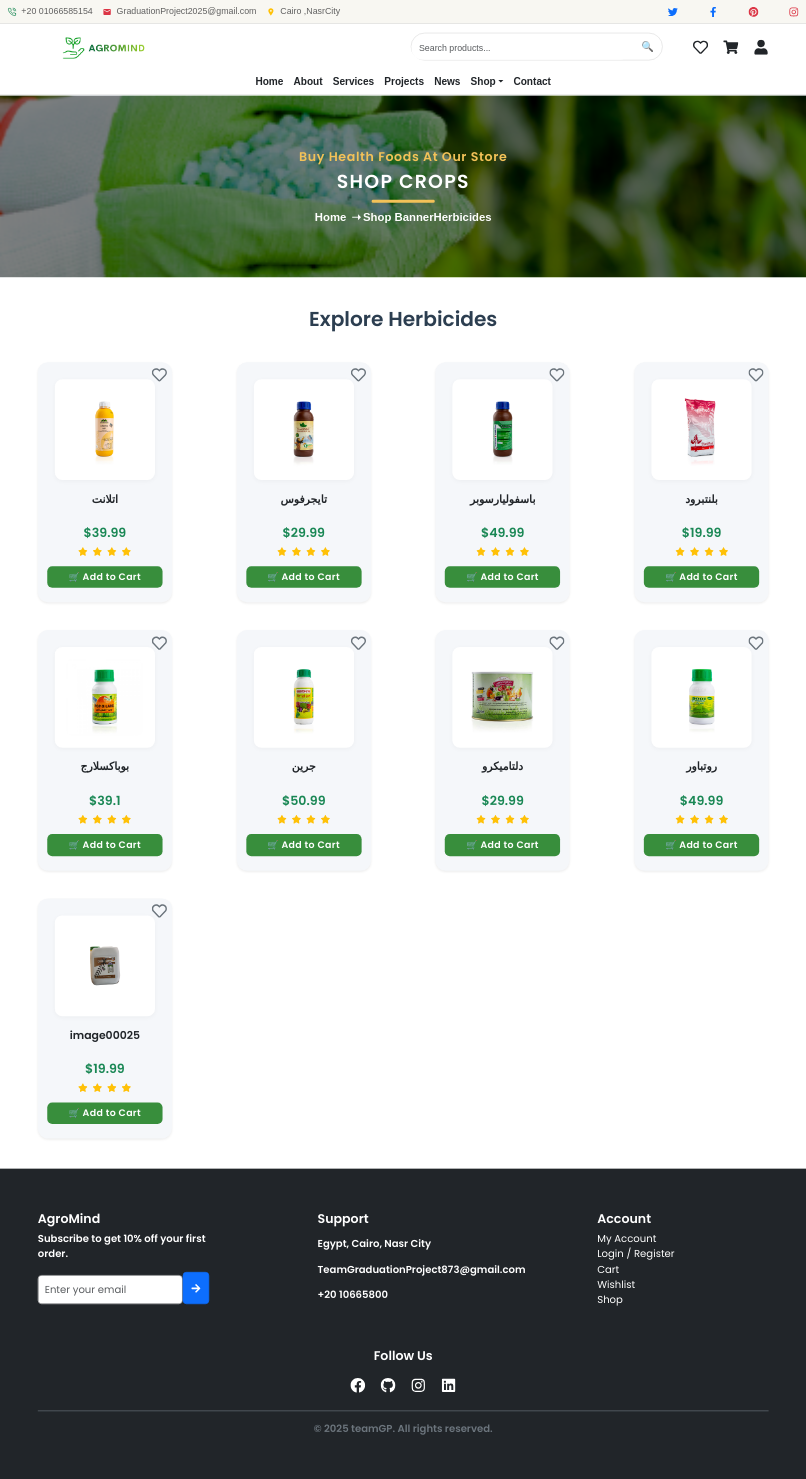
Repository: ShimaaMohamedRoshdi/WorkSpace-agromind
Page: /category/herbicides (app in agricultural-management-system-vs/agricultural-management-system-main/)
These files come from the project's save history. The page is drawn as it stood at one moment and after a run of saves; the edit follows.
The browser window is 1280 px wide. The pictures show the whole page, at 63% of full size.
Backgrounds fixed to the window are drawn as part of the page. The project was rebuilt for these pictures with package versions that can differ from the ones it lists, and the page was loaded fresh each time. Also part of the build but not shown: agricultural-management-system-vs/agricultural-management-system-main/vite.config.js, agricultural-management-system-vs/agricultural-management-system-main/services/api.jsx, agricultural-management-system-vs/agricultural-management-system-main/src/pages/SignUp.jsx, agricultural-management-system-vs/agricultural-management-system-main/src/pages/SignIn.jsx, agricultural-management-system-vs/agricultural-management-system-main/src/components/HealthyFoods.css, agricultural-management-system-vs/agricultural-management-system-main/src/components/HealthyFoods.jsx, agricultural-management-system-vs/agricultural-management-system-main/src/components/Products.jsx, agricultural-management-system-vs/agricultural-management-system-main/src/components/AgricultureSkill.jsx and 37 more.

Above is the page before, as saved 2025-05-01 04:52:01.

### agricultural-management-system-vs/agricultural-management-system-main/index.html
<!doctype html>
<html lang="en">
  <head>
    <meta charset="UTF-8" />
    <link rel="icon" type="image/svg+xml" href="/src/assets/images/logo-icon.png" />
        <!-- Google Font for Handwritten Style -->
        <link href="https://fonts.googleapis.com/css2?family=Poppins:wght@300;400;600&display=swap" rel="stylesheet">



    <meta name="viewport" content="width=device-width, initial-scale=1.0" />
    <title>Agromind</title>
  </head>
  <body>
    <div id="root"></div>
    <script type="module" src="/src/main.jsx"></script>
  </body>
</html>

### agricultural-management-system-vs/agricultural-management-system-main/src/main.jsx
import { StrictMode } from 'react';
import { createRoot } from 'react-dom/client';
import { Provider } from 'react-redux';  // Import Provider
import store from './redux/store';  // Import your Redux store
import '../node_modules/bootstrap/dist/css/bootstrap.min.css';
import '../node_modules/bootstrap/dist/js/bootstrap.bundle';
import './index.css';
import App from './App.jsx';

createRoot(document.getElementById('root')).render(
  <StrictMode>
    <Provider store={store}>  {/* Wrap App with Provider */}
      <App />
    </Provider>
  </StrictMode>
);

### agricultural-management-system-vs/agricultural-management-system-main/src/redux/store.jsx
import { configureStore } from '@reduxjs/toolkit';
//configureStore is a function from Redux Toolkit that:
//Creates the Redux store.
//Automatically sets up middleware (like Redux DevTools & thunk for async operations).
//Combines multiple reducers into one.

import cartReducer from './cartSlice';
import wishlistReducer from './WishlistSlice'; // Example
import productReducer from './productSlice';
const store = configureStore({
  reducer: {
    cart: cartReducer,
    product: productReducer,
    wishlist: wishlistReducer,
  },
});

export default store;


// (configue store) A utility provided by Redux Toolkit that simplifies the creation of a Redux store.
// It automatically combines reducers, adds middleware, and sets up development tools like the Redux DevTools.




//cartSlice: Manages the state related to the shopping cart.
//productSlice: Handles the product data and search functionality.
//wishlistReducer: Manages the state for the wishlist feature.

### agricultural-management-system-vs/agricultural-management-system-main/src/index.css
@import url('https://fonts.googleapis.com/css2?family=Caveat:wght@700&display=swap');

.hero-title {
    font-family: 'Caveat', cursive;
}

### agricultural-management-system-vs/agricultural-management-system-main/src/redux/WishlistSlice.jsx

import { createSlice } from '@reduxjs/toolkit';

const initialState = {
  wishlist: [],
  totalItems: 0, // ✅ Added this to track wishlist count
};

const wishlistSlice = createSlice({
  name: 'wishlist',
  initialState,
  reducers: {
  //Purpose: Adds a product to the wishlist if it's not already there.
//Check if the product already exists in the wishlist using find.
//If the product doesn't exist, it is added to the wishlist array using push.
//If it already exists, no action is taken (avoiding duplicates).

    addToWishlist: (state, action) => {
      const itemExists = state.wishlist.find(item => item.id === action.payload.id);
      if (!itemExists) {
        state.wishlist.push(action.payload);
        state.totalItems = state.wishlist.length; // ✅ Update count
      }
    },


     //Purpose: Removes a product from the wishlist.
//Filter out the product with the matching id (provided in the action.payload).
    removeFromWishlist: (state, action) => {
      state.wishlist = state.wishlist.filter(item => item.id !== action.payload.id);
      state.totalItems = state.wishlist.length; // ✅ Update count
    },

    // Clears the wishlist
    clearWishlist: (state) => {
      state.wishlist = [];
      state.totalItems = 0; // ✅ Reset count
    },
  },
});

export const { addToWishlist, removeFromWishlist, clearWishlist } = wishlistSlice.actions;
export default wishlistSlice.reducer;

///for me (From any component, use useDispatch to call these actions:)
// import { useDispatch } from 'react-redux';
// import { addToWishlist, removeFromWishlist, clearWishlist } from './wishlistSlice';

// const dispatch = useDispatch();

 // Add an item to the wishlist
// dispatch(addToWishlist({ id: 1, name: 'Product Name', price: 100 }));

 // Remove an item from the wishlist
// dispatch(removeFromWishlist({ id: 1 }));
// Clear the wishlist

### agricultural-management-system-vs/agricultural-management-system-main/src/redux/productSlice.jsx

import { createSlice } from '@reduxjs/toolkit';
import { mockData, mockData2,mockData3, mockData4 , mockData5} from '../assets/images/mockData';

const initialState = {
  products: mockData,   // from mockData
  products2: mockData2, // from mockData2
  products3: mockData3, // from mockData3
  products4: mockData4, // from mockData4
  products5: mockData5, // from mockData5
};

const productSlice = createSlice({
  name: 'product',
  initialState,
  reducers: {},
});

export default productSlice.reducer;

### agricultural-management-system-vs/agricultural-management-system-main/src/pages/FarmEquipment.jsx
import React from "react";
import "./FarmEquipment.css";
import { MdAgriculture } from "react-icons/md";
import { GiGrain, GiFruitTree, GiFertilizerBag } from "react-icons/gi";
import { FaSeedling, FaTruck, FaTools, FaWarehouse, FaTree, FaTractor } from "react-icons/fa";

const equipmentList = [
  { name: "Tractors", count: 15094, icon: <FaTractor /> },
   { name: "Planting equipment", count: 3209, icon: <FaSeedling /> },
  { name: "Transportation machinery", count: 820, icon: <FaTruck /> },
  { name: "Potato equipment", count: 813, icon: <FaSeedling /> },
    { name: "Equipment", count: 2519, icon: <FaWarehouse /> },
  { name: "Tires and wheels", count: 3387, icon: <FaTruck /> },
];

const FarmEquipment = () => {
  return (
    <div className="farm-container">
      <h5 className="farm-equipment-title">Farm Equipment</h5>

      {/* Equipment Grid */}
      <div className="equipment-grid">
        {equipmentList.map((item, index) => (
          <div key={index} className="equipment-card">
            <div className="equipment-icon">{item.icon}</div>
            <p className="equipment-name">{item.name}</p>
            <p className="equipment-count">{item.count.toLocaleString()}</p>
          </div>
        ))}
      </div>
    </div>
  );
};

export default FarmEquipment;

### agricultural-management-system-vs/agricultural-management-system-main/src/pages/CropGrowing.jsx
import React from "react";
import { GiPlantRoots, GiMushroom } from "react-icons/gi";
import { GiChemicalTank } from "react-icons/gi"; // Import new icon
import "./CropGrowing.css";

const cropGrowingList = [
  { name: "Seeds", count: 905, icon: <GiPlantRoots /> },
  { name: "Mycelium", count: 16, icon: <GiMushroom /> },
  { name: "Agrochemistry", count: 50, icon: <GiChemicalTank /> }, // Added new item
];

const CropGrowing = () => {
  return (
    <div className="container">
      <h2>Crop Growing</h2>
      <div className="grid">
        {cropGrowingList.map((item, index) => (
          <div key={index} className="card">
            <div className="icon">{item.icon}</div>
            <p>{item.name}</p>
            <span>{item.count}</span>
          </div>
        ))}
      </div>
    </div>
  );
};

export default CropGrowing;

### agricultural-management-system-vs/agricultural-management-system-main/src/pages/AnimalHusbandry.jsx
import React from "react";
import { GiShoppingBag } from "react-icons/gi";
import { GiCow, GiMedicalPack, GiCheeseWedge } from "react-icons/gi";
import "./AnimalHusbandry.css";

const animalCategories = [
  { name: "Animals", count: 426, icon: <GiCow /> },
  { name: "Animal Feeds", count: 54, icon: <GiShoppingBag /> },
  { name: "Veterinary & Pet Supplies", count: 38, icon: <GiMedicalPack /> },
  { name: "Animal Products", count: 6, icon: <GiCheeseWedge /> },
];

const AnimalHusbandry = () => {
  return (
    <div className="animal-container">
      <h5 className="section-title">Animal Husbandry</h5>
      <div className="category-grid">
        {animalCategories.map((item, index) => (
          <div key={index} className="category-card">
            <div className="category-icon">{item.icon}</div>
            <p className="category-name">{item.name}</p>
            <p className="category-count">{item.count.toLocaleString()}</p>
          </div>
        ))}
      </div>
    </div>
  );
};

export default AnimalHusbandry;

### agricultural-management-system-vs/agricultural-management-system-main/src/pages/Herbicides.jsx
import React from "react";
import { useSelector } from "react-redux";
import ProductCard from "../components/ProductCard";
import BannerHerbicides from "../components/BannerHerbicides";

const Herbicides = () => {
  const products = useSelector((state) => state.product.products4);

  if (!products || products.length === 0) {
    return <p className="text-center">No products available.</p>;
  }
  return (
    <div>
      <BannerHerbicides />
      <div className="container py-5 ">
        <h2 className="text-center mb-5 fw-bold">Explore Herbicides</h2>
        <div className="row row-cols-1 row-cols-md-3 row-cols-lg-5 g-4">
          {products.map((product) => (
            <div key={product.id} className="col">
              <ProductCard product={product} />
            </div>
          ))}
        </div>
      </div>
    </div>
  );
};

export default Herbicides;

### agricultural-management-system-vs/agricultural-management-system-main/src/pages/CheckOut.css


  /* Card Styling */
  .cardd {
    background: #ffffff;
    border-radius: 8px;
    box-shadow: 0 4px 8px rgba(0, 0, 0, 0.1);
    padding: 20px;
    transition: all 0.3s ease-in-out;
  }

  .cardd:hover {
    box-shadow: 0 6px 12px rgba(0, 0, 0, 0.15);
  }

  .card-header {
    background: #f4f4f4;
    padding: 12px 16px;
    border-radius: 8px 8px 0 0;
    cursor: pointer;
    font-weight: bold;
  }

  .card-body {
    padding: 5px;
  }

  /* Form Styling */
  .form-label {
    font-weight: 500;
    color: #444;
  }

  .form-control {
    border: 1px solid #ccc;
    padding: 10px;
    border-radius: 6px;
    transition: all 0.3s;
  }

  .form-control:focus {
    border-color: #165b33;
    box-shadow: 0 0 6px rgba(22, 91, 51, 0.3);
  }

  /* Payment Option Styling */
  .form-check-input:checked {
    background-color: #165b33;
    border-color: #165b33;
  }

  /* Order Summary Styling */
  .list-group-item {
    border: none;
    padding: 12px;
    background: #fafafa;
  }

  .list-group-item h6 {
    margin-bottom: 2px;
    font-size: 16px;
    color: #333;
  }

  .list-group-item small {
    color: #777;
  }

  /* Button Styling */
  .btn-success {
    background-color: #165b33;
    border: none;
    padding: 12px;
    font-size: 16px;
    font-weight: bold;
    border-radius: 6px;
    transition: 0.3s;
  }

  .btn-success:hover {
    background-color: #0e3e22;
    transform: scale(1.02);
  }

### agricultural-management-system-vs/agricultural-management-system-main/src/pages/CropGrowing.css
.container {
    padding: 20px;
  }

  h2 {
    color: #2c3e50;
    margin-bottom: 20px;
  }

  .grid {
    display: flex;
    gap: 20px;
    flex-wrap: wrap;
  }

  .card {
    background: #e8f5e9;
    padding: 15px;
    border-radius: 10px;
    text-align: center;
    width: 180px;
    box-shadow: 2px 2px 10px rgba(0, 0, 0, 0.1);
    transition: transform 0.2s ease-in-out;
  }

  .card:hover {
    transform: scale(1.05);
  }

  .icon {
    font-size: 50px;
    color: #388e3c;
  }

  p {
    font-weight: bold;
    font-size: 16px;
  }

  span {
    color: #616161;
    font-size: 14px;
  }

### agricultural-management-system-vs/agricultural-management-system-main/src/components/BannerHerbicides.jsx
import React from "react";
import { Link } from "react-router-dom";
import "./BannerHerbicides.css";

const BannerHerbicides = () => {
  return (
    <section className="shop-banner3">
      {/* 🔥 Overlay */}
      <div className="overlayy3"></div>

      {/* Content on top of overlay */}
      <div className="content">
        <p className="subheading">Buy Health Foods At Our Store</p>
        <h1 className="title ">SHOP CROPS</h1>
        <div className="underline"></div>
        <nav className="breadcrumb-container">
          <Link to="/" className="breadcrumb-link">
            Home
          </Link>{" "}
          ➝<Link className="breadcrumb-link">Shop BannerHerbicides</Link>
        </nav>
      </div>
    </section>
  );
};

export default BannerHerbicides;

### agricultural-management-system-vs/agricultural-management-system-main/src/components/ShopBanner.css
/* 🌟 Shop Banner */
.shop-banner {
  position: relative;
  width: 100vw;
  min-height: 50vh;
  background: url("../assets/images/shop-detail.jpg") center/cover no-repeat
    fixed !important;
  display: flex;
  align-items: center;
  justify-content: center;
  text-align: center;
}

/* 🔥 Overlay Effect */
.overlay {
  position: absolute;
  top: 0;
  left: 0;
  width: 100%;
  height: 100%;
  background: rgba(0, 0, 0, 0.3); /* Black overlay with 50% opacity */
  z-index: 1; /* Keeps overlay above background */
}

/* 🌟 Content Styling */
.content {
  position: relative;
  z-index: 2; /* Ensures text appears above the overlay */
  color: white;
}

/* 🌟 Subheading */
.subheading {
  color: #f3c258; /* Golden color */
  font-size: 20px;
  font-weight: bold;
}

/* 🌟 Main Title */
.title {
  font-size: 50px;
  font-weight: bold;
  font-family: "Poppins", sans-serif;
  text-transform: uppercase;
}

/* 🌟 Yellow Underline */
.underline {
  width: 100px;
  height: 5px;
  background-color: #f3c258;
  margin: 10px auto;
}

/* 🌟 Breadcrumb Navigation */
.breadcrumb-container {
  font-size: 18px;
  font-weight: bold;
}
/* 🌟 Breadcrumb Navigation Links */
.breadcrumb-link {
  color: white;
  text-decoration: none;
  font-weight: bold;
  transition: color 0.3s;
}

.breadcrumb-link:hover {
  color: #18a728; /* Golden color on hover */
}

### agricultural-management-system-vs/agricultural-management-system-main/src/components/BannerHerbicides.css


/* 🌟 Shop Banner */
.shop-banner3 {
    position: relative;
    width: 100vw;
    min-height: 40vh;
    background: url("../assets/images/categ3.png") center/cover no-repeat fixed!important;
    display: flex;
    align-items: center;
    justify-content: center;
    text-align: center;
  }

  /* 🔥 Overlay Effect */
  .overlayy3 {
    position: absolute;
    top: 0;
    left: 0;
    width: 100%;
    height: 100%;
    background: rgba(0, 0, 0, 0.5); /* Black overlay with 50% opacity */
    z-index: 1; /* Keeps overlay above background */
  }

  /* 🌟 Content Styling */
  .contentt {
    position: relative;
    z-index: 2; /* Ensures text appears above the overlay */
    color: white;
  }

  /* 🌟 Subheading */
  .subheading {
    color: #f3c258; /* Golden color */
    font-size: 20px;
    font-weight: bold;
  }

  /* 🌟 Main Title */
  .title {
    font-size: 30px;
    font-weight: bold;
    font-family: "Poppins", sans-serif;
    text-transform: uppercase;
  }

  /* 🌟 Yellow Underline */
  .underline {
    width: 100px;
    height: 5px;
    background-color: #f3c258;
    margin: 10px auto;
  }

  /* 🌟 Breadcrumb Navigation */
  .breadcrumb-container {
    font-size: 18px;
    font-weight: bold;
  }
  /* 🌟 Breadcrumb Navigation Links */
  .breadcrumb-link {
    color: white;
    text-decoration: none;
    font-weight: bold;
    transition: color 0.3s;
  }

  .breadcrumb-link:hover {
    color: #18a728; /* Golden color on hover */
  }

### agricultural-management-system-vs/agricultural-management-system-main/src/components/Bannerorganic.css


/* 🌟 Shop Banner */
.shop-banner2 {
    position: relative;
    width: 100vw;
    min-height: 40vh;
    background: url("../assets/images/categ7.png") center/cover no-repeat fixed!important;
    display: flex;
    align-items: center;
    justify-content: center;
    text-align: center;
  }

  /* 🔥 Overlay Effect */
  .overlayy {
    position: absolute;
    top: 0;
    left: 0;
    width: 100%;
    height: 100%;
    background: rgba(0, 0, 0, 0.5); /* Black overlay with 50% opacity */
    z-index: 1; /* Keeps overlay above background */
  }

  /* 🌟 Content Styling */
  .contentt {
    position: relative;
    z-index: 2; /* Ensures text appears above the overlay */
    color: white;
  }

  /* 🌟 Subheading */
  .subheading {
    color: #f3c258; /* Golden color */
    font-size: 20px;
    font-weight: bold;
  }

  /* 🌟 Main Title */
  .title {
    font-size: 30px;
    font-weight: bold;
    font-family: "Poppins", sans-serif;
    text-transform: uppercase;
  }

  /* 🌟 Yellow Underline */
  .underline {
    width: 100px;
    height: 5px;
    background-color: #f3c258;
    margin: 10px auto;
  }

  /* 🌟 Breadcrumb Navigation */
  .breadcrumb-container {
    font-size: 18px;
    font-weight: bold;
  }
  /* 🌟 Breadcrumb Navigation Links */
  .breadcrumb-link {
    color: white;
    text-decoration: none;
    font-weight: bold;
    transition: color 0.3s;
  }

  .breadcrumb-link:hover {
    color: #18a728; /* Golden color on hover */
  }

### agricultural-management-system-vs/agricultural-management-system-main/src/components/BannerInsecticides.css
/* 🌟 Shop Banner */
.shop-banner4 {
  position: relative;
  width: 100vw;
  min-height: 40vh;
  background: url("../assets/images/categ2.png") center/cover no-repeat fixed !important;
  display: flex;
  align-items: center;
  justify-content: center;
  text-align: center;
}

/* 🔥 Overlay Effect */
.overlayy4 {
  position: absolute;
  top: 0;
  left: 0;
  width: 100%;
  height: 100%;
  background: rgba(0, 0, 0, 0.5); /* Black overlay with 50% opacity */
  z-index: 1; /* Keeps overlay above background */
}

/* 🌟 Content Styling */
.contentt {
  position: relative;
  z-index: 2; /* Ensures text appears above the overlay */
  color: white;
  text-align: center;
}

/* 🌟 Subheading */
.subheading {
  color: #f3c258; /* Golden color */
  font-size: 20px;
  font-weight: bold;
  margin-bottom: 0.5rem;
  letter-spacing: 1px;
}

/* 🌟 Main Title */
.title {
  font-size: 30px;
  font-weight: bold;
  font-family: "Poppins", sans-serif;
  text-transform: uppercase;
  margin-bottom: 0.5rem;
  letter-spacing: 2px;
}

/* 🌟 Yellow Underline */
.underline {
  width: 100px;
  height: 5px;
  background-color: #f3c258;
  margin: 10px auto;
  border-radius: 2px;
}

/* 🌟 Breadcrumb Navigation */
.breadcrumb-container {
  font-size: 18px;
  font-weight: bold;
  color: #fff;
}
/* 🌟 Breadcrumb Navigation Links */
.breadcrumb-link {
  color: white;
  text-decoration: none;
  font-weight: bold;
  transition: color 0.3s;
  margin: 0 0.2rem;
}

.breadcrumb-link:hover {
  color: #18a728; /* Golden color on hover */
}

Loaded but not shown: agricultural-management-system-vs/agricultural-management-system-main/src/assets/images/mockData.jsx (579 lines, source omitted); agricultural-management-system-vs/agricultural-management-system-main/src/components/Navbar.jsx (347 lines, source omitted); agricultural-management-system-vs/agricultural-management-system-main/src/components/ProductCard.jsx (192 lines, source omitted); agricultural-management-system-vs/agricultural-management-system-main/src/components/Navbar.css (292 lines, source omitted); agricultural-management-system-vs/agricultural-management-system-main/src/components/Footer.jsx (161 lines, source omitted); agricultural-management-system-vs/agricultural-management-system-main/src/App.jsx (99 lines, source omitted); agricultural-management-system-vs/agricultural-management-system-main/src/pages/Signup.css (226 lines, source omitted); agricultural-management-system-vs/agricultural-management-system-main/src/pages/ProductDetails.css (202 lines, source omitted); agricultural-management-system-vs/agricultural-management-system-main/src/App.css (181 lines, source omitted); agricultural-management-system-vs/agricultural-management-system-main/src/redux/cartSlice.jsx (61 lines, source omitted); agricultural-management-system-vs/agricultural-management-system-main/src/pages/Home.css (118 lines, source omitted); agricultural-management-system-vs/agricultural-management-system-main/src/components/OrganicSection.css (106 lines, source omitted)

After the next 2 saves:
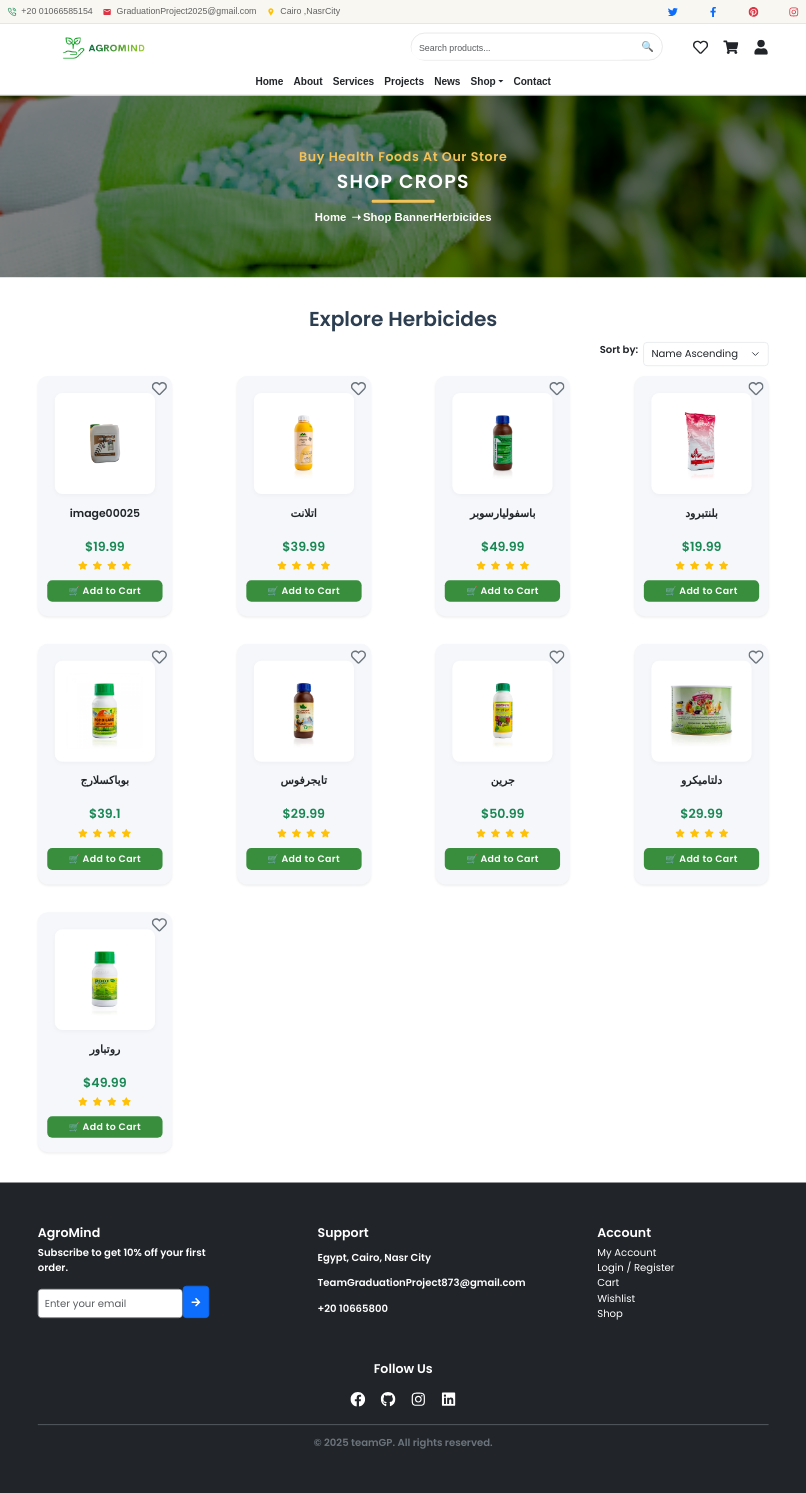
The 2 saves are shown as one change because they came seconds apart.
The last was saved 42 h 42 min later.
--- a/agricultural-management-system-vs/agricultural-management-system-main/src/pages/Herbicides.jsx
+++ b/agricultural-management-system-vs/agricultural-management-system-main/src/pages/Herbicides.jsx
@@ -1,21 +1,54 @@
-import React from "react";
+import React, { useState } from "react";
 import { useSelector } from "react-redux";
 import ProductCard from "../components/ProductCard";
 import BannerHerbicides from "../components/BannerHerbicides";
 
 const Herbicides = () => {
   const products = useSelector((state) => state.product.products4);
+  const [sortOption, setSortOption] = useState("nameAsc");
 
   if (!products || products.length === 0) {
     return <p className="text-center">No products available.</p>;
   }
+
+  const sortedProducts = [...products].sort((a, b) => {
+    switch (sortOption) {
+      case "nameAsc":
+        return a.name.localeCompare(b.name);
+      case "nameDesc":
+        return b.name.localeCompare(a.name);
+      case "priceAsc":
+        return a.price - b.price;
+      case "priceDesc":
+        return b.price - a.price;
+      default:
+        return 0;
+    }
+  });
+
   return (
     <div>
       <BannerHerbicides />
       <div className="container py-5 ">
-        <h2 className="text-center mb-5 fw-bold">Explore Herbicides</h2>
+        <h2 className="text-center mb-3 fw-bold">Explore Herbicides</h2>
+        <div className="d-flex justify-content-end mb-3">
+          <label htmlFor="sort" className="me-2 fw-semibold">
+            Sort by:
+          </label>
+          <select
+            id="sort"
+            value={sortOption}
+            onChange={(e) => setSortOption(e.target.value)}
+            className="form-select w-auto"
+          >
+            <option value="nameAsc">Name Ascending</option>
+            <option value="nameDesc">Name Descending</option>
+            <option value="priceAsc">Price Ascending</option>
+            <option value="priceDesc">Price Descending</option>
+          </select>
+        </div>
         <div className="row row-cols-1 row-cols-md-3 row-cols-lg-5 g-4">
-          {products.map((product) => (
+          {sortedProducts.map((product) => (
             <div key={product.id} className="col">
               <ProductCard product={product} />
             </div>
